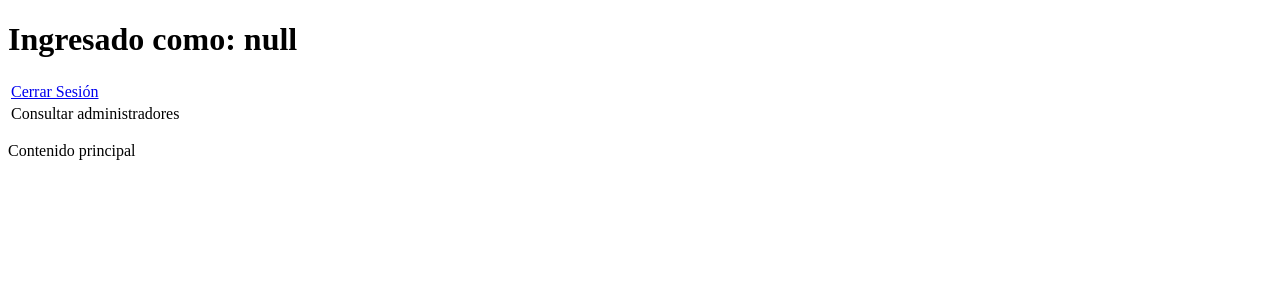
Repository: rusperstinsky/web1
Page: http://localhost/2-JSPServlets/jsp/index.jsp
These files come from the project's save history. The page is drawn as it stood at one moment and after the next save; the edit follows.
The browser window is 1280 px wide. The pictures show the whole page.
The page is served by Tomcat 9.

Above is the page before, as saved 2017-04-10 16:32:38.

After the next save:
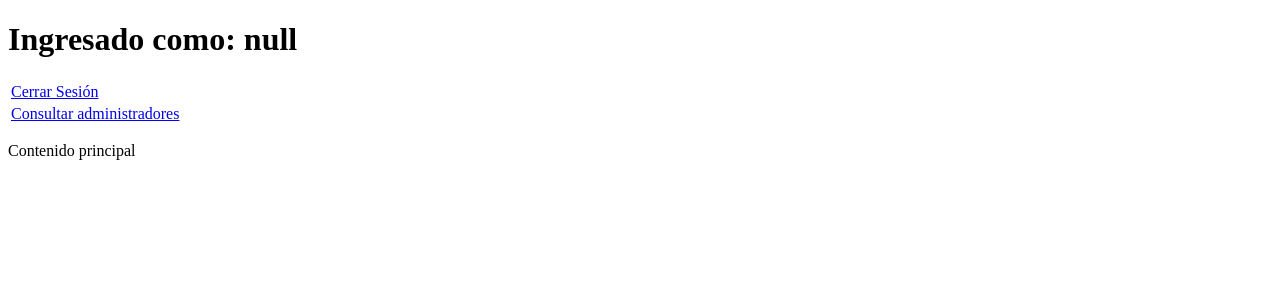
Saved 69 min 2 s later.
--- a/2-JSPServlets/WebContent/jsp/index.jsp
+++ b/2-JSPServlets/WebContent/jsp/index.jsp
@@ -13,7 +13,7 @@
 			<td><a href="?accion=logout">Cerrar Sesión</a></td>
 		</tr>
 		<tr>
-			<td>Consultar administradores</td>
+			<td><a href="?accion=logout">Consultar administradores</a></td>
 		</tr>
 	</table>
 	<p>
